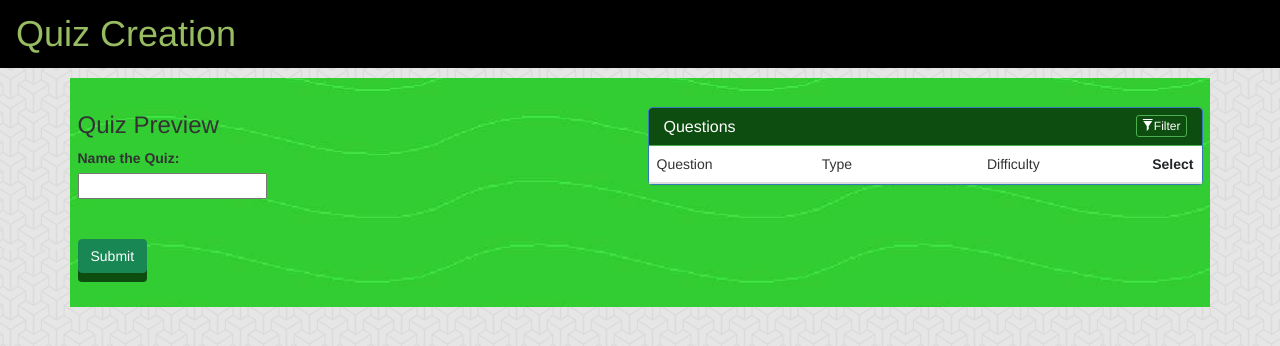
Repository: kavine24/CS490-Python-LMS
Page: html/portal/t/CreateQuiz.html
The author's editor kept a copy of each file at every save. The page is drawn from the files as they stood at one save, then again after the next save.
The browser window is 1280 px wide. The pictures show the whole page.
The page's requests for data from a server got no answer. Some web libraries are served in a nearby version.

Above is the page before, as saved 2022-04-19 19:33:55.

After the next save:
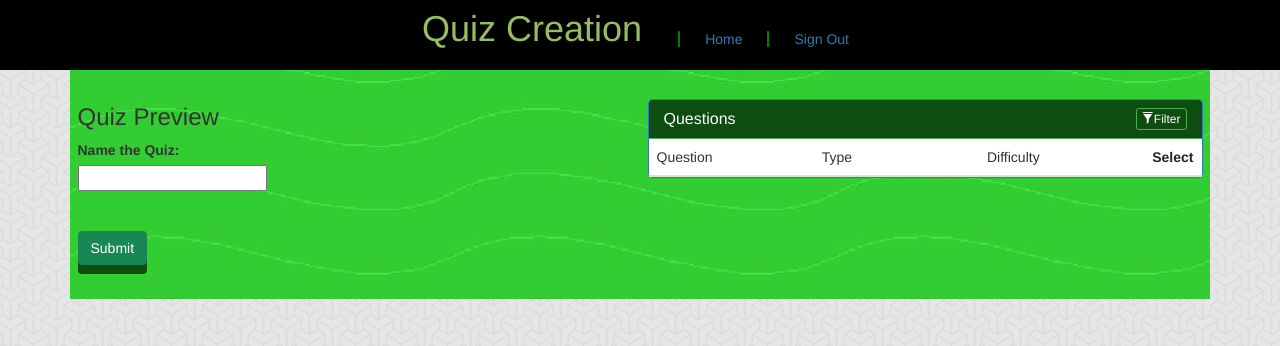
Saved 41 s later.
--- a/html/portal/t/CreateQuiz.html
+++ b/html/portal/t/CreateQuiz.html
@@ -11,7 +11,15 @@
   </head>
 
   <body>
-    <h1 class="header">Quiz Creation</h1>
+    <header class="mainHeader">
+      <h1 class="header">Quiz Creation</h1>
+      <ul class="navLIST">
+          <li><a href="http://cs490testcenter.ddns.net:50000/portal/t/Home.php">Home</a></li>
+          <li><a href="http://cs490testcenter.ddns.net:50000">Sign Out</a></li>
+        </ul>
+      <br>
+    </header>
+
     <div class="container">
       <div class="row justify-content-around">
 
